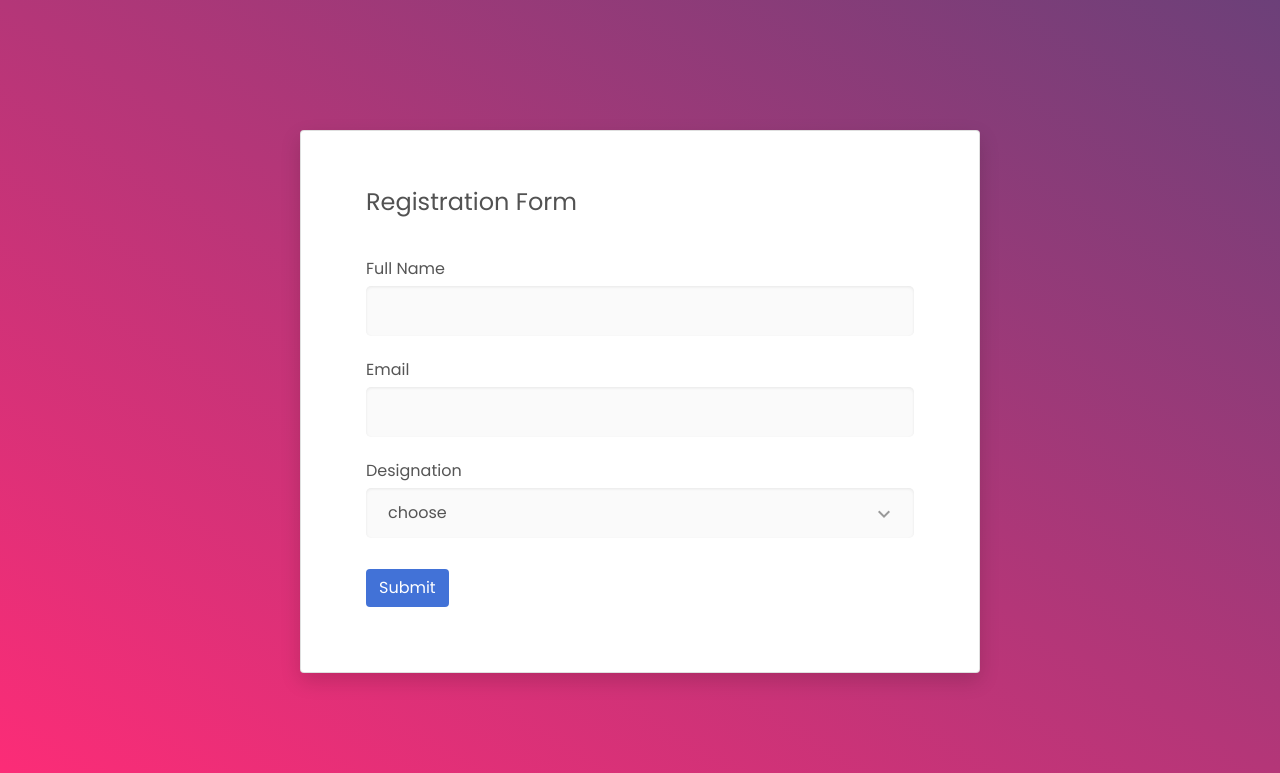
Repository: AbdulRehman0/registration
Page: http://localhost/registration.php
These files come from the project's save history. The page is drawn as it stood at one moment and after the next save; the edit follows.
The browser window is 1280 px wide. The pictures show the whole page.
The page is run by PHP 8.4 with error messages shown; the project is at /var/www/html/. Other server files are loaded and not shown.

Above is the page before, as saved 2021-01-05 15:40:48.

### registration.php
<?php
include "./templates/header.php";
?>
<body>
    <div class="page-wrapper bg-gra-02 p-t-130 p-b-100 font-poppins">
        <div class="wrapper wrapper--w680">
            <div class="card card-4">
                <div class="card-body">
                    <h2 class="title">Registration Form</h2>
                    <form method="POST">
                        <div class="row">

                            <div class="col-md-12">
                                <div class="input-group">
                                    <label class="label">Full Name</label>
                                    <input class="input--style-4" type="text" name="full name">
                                </div>
                            </div>
                        </div>

                        <div class="row row-space">
                            <div class="col-md-12">
                                <div class="input-group">
                                    <label class="label">Email</label>
                                    <input class="input--style-4" type="email" name="email">
                                </div>
                            </div>
                        </div>
                        <div class="row row-space">
                            <div class="col-md-12">
                                <div class="form-group">
                                    <label class="label">Designation</label>
                                    <div class="rs-select2 js-select-simple select--no-search">
                                        <select class="input--style-4" name="subject">
                                            <option disabled="disabled" selected="selected">choose</option>
                                            <option value="1">Admin</option>
                                            <option value="2">Editor</option>
                                        </select>
                                        <div class="select-dropdown"></div>
                                    </div>
                                </div>
                                </div>
                        </div>
                        <div class="p-t-15">
                            <button class="btn btn--radius-2 btn--blue" type="submit">Submit</button>
                        </div>
                    </form>
                </div>
            </div>
        </div>
    </div>

</body><!-- This templates was made by Colorlib (https://colorlib.com) -->

<?php
include "./templates/footer.php";
?>

### templates/header.php
<!DOCTYPE html>
<html lang="en">

<head>
    <!-- Required meta tags-->
    <meta charset="UTF-8">
    <meta name="viewport" content="width=device-width, initial-scale=1, shrink-to-fit=no">
    <meta name="description" content="Colorlib Templates">
    <meta name="author" content="Colorlib">
    <meta name="keywords" content="Colorlib Templates">

    <!-- Title Page-->
    <title>Au Register Forms by Colorlib</title>

    <!-- Icons font CSS-->
    <link href="vendor/mdi-font/css/material-design-iconic-font.min.css" rel="stylesheet" media="all">
    <link href="vendor/font-awesome-4.7/css/font-awesome.min.css" rel="stylesheet" media="all">
    <!-- Font special for pages-->
    <link href="https://fonts.googleapis.com/css?family=Poppins:100,100i,200,200i,300,300i,400,400i,500,500i,600,600i,700,700i,800,800i,900,900i" rel="stylesheet">

    <!-- Vendor CSS-->
    <link href="vendor/select2/select2.min.css" rel="stylesheet" media="all">
    <link href="vendor/datepicker/daterangepicker.css" rel="stylesheet" media="all">

    <!-- Main CSS-->
    <link href="./assets/css/app.css" rel="stylesheet" media="all">
    <link rel="stylesheet" href="https://maxcdn.bootstrapcdn.com/bootstrap/4.0.0/css/bootstrap.min.css" integrity="sha384-Gn5384xqQ1aoWXA+058RXPxPg6fy4IWvTNh0E263XmFcJlSAwiGgFAW/dAiS6JXm" crossorigin="anonymous">
</head>

### templates/footer.php

</html>
<!-- end document-->
<!-- Jquery JS-->
<script src="vendor/jquery/jquery.min.js"></script>
    <!-- Vendor JS-->
    <script src="vendor/select2/select2.min.js"></script>
    <script src="vendor/datepicker/moment.min.js"></script>
    <script src="vendor/datepicker/daterangepicker.js"></script>

    <!-- Main JS-->
    <script src="./assets/js/app.js"></script>

### assets/css/app.css

/* ==========================================================================
   #FONT
   ========================================================================== */
   .font-robo {
    font-family: "Roboto", "Arial", "Helvetica Neue", sans-serif;
  }

  .font-poppins {
    font-family: "Poppins", "Arial", "Helvetica Neue", sans-serif;
  }

  /* ==========================================================================
     #GRID
     ========================================================================== */
  .row {
    display: -webkit-box;
    display: -webkit-flex;
    display: -moz-box;
    display: -ms-flexbox;
    display: flex;
    -webkit-flex-wrap: wrap;
    -ms-flex-wrap: wrap;
    flex-wrap: wrap;
  }

  .row-space {
    -webkit-box-pack: justify;
    -webkit-justify-content: space-between;
    -moz-box-pack: justify;
    -ms-flex-pack: justify;
    justify-content: space-between;
  }

  .col-2 {
    width: -webkit-calc((100% - 30px) / 2);
    width: -moz-calc((100% - 30px) / 2);
    width: calc((100% - 30px) / 2);
  }

  @media (max-width: 767px) {
    .col-2 {
      width: 100%;
    }
  }

  /* ==========================================================================
     #BOX-SIZING
     ========================================================================== */
  /**
   * More sensible default box-sizing:
   * css-tricks.com/inheriting-box-sizing-probably-slightly-better-best-practice
   */
  html {
    -webkit-box-sizing: border-box;
    -moz-box-sizing: border-box;
    box-sizing: border-box;
  }

  * {
    padding: 0;
    margin: 0;
  }

  *, *:before, *:after {
    -webkit-box-sizing: inherit;
    -moz-box-sizing: inherit;
    box-sizing: inherit;
  }

  /* ==========================================================================
     #RESET
     ========================================================================== */
  /**
   * A very simple reset that sits on top of Normalize.css.
   */
  body,
  h1, h2, h3, h4, h5, h6,
  blockquote, p, pre,
  dl, dd, ol, ul,
  figure,
  hr,
  fieldset, legend {
    margin: 0;
    padding: 0;
  }

  /**
   * Remove trailing margins from nested lists.
   */
  li > ol,
  li > ul {
    margin-bottom: 0;
  }

  /**
   * Remove default table spacing.
   */
  table {
    border-collapse: collapse;
    border-spacing: 0;
  }

  /**
   * 1. Reset Chrome and Firefox behaviour which sets a `min-width: min-content;`
   *    on fieldsets.
   */
  fieldset {
    min-width: 0;
    /* [1] */
    border: 0;
  }

  button {
    outline: none;
    background: none;
    border: none;
  }

  /* ==========================================================================
     #PAGE WRAPPER
     ========================================================================== */
  .page-wrapper {
    min-height: 100vh;
  }

  body {
    font-family: "Poppins", "Arial", "Helvetica Neue", sans-serif;
    font-weight: 400;
    font-size: 14px;
  }

  h1, h2, h3, h4, h5, h6 {
    font-weight: 400;
  }

  h1 {
    font-size: 36px;
  }

  h2 {
    font-size: 30px;
  }

  h3 {
    font-size: 24px;
  }

  h4 {
    font-size: 18px;
  }

  h5 {
    font-size: 15px;
  }

  h6 {
    font-size: 13px;
  }

  /* ==========================================================================
     #BACKGROUND
     ========================================================================== */
  .bg-blue {
    background: #2c6ed5;
  }

  .bg-red {
    background: #fa4251;
  }

  .bg-gra-01 {
    background: -webkit-gradient(linear, left bottom, left top, from(#fbc2eb), to(#a18cd1));
    background: -webkit-linear-gradient(bottom, #fbc2eb 0%, #a18cd1 100%);
    background: -moz-linear-gradient(bottom, #fbc2eb 0%, #a18cd1 100%);
    background: -o-linear-gradient(bottom, #fbc2eb 0%, #a18cd1 100%);
    background: linear-gradient(to top, #fbc2eb 0%, #a18cd1 100%);
  }

  .bg-gra-02 {
    background: -webkit-gradient(linear, left bottom, right top, from(#fc2c77), to(#6c4079));
    background: -webkit-linear-gradient(bottom left, #fc2c77 0%, #6c4079 100%);
    background: -moz-linear-gradient(bottom left, #fc2c77 0%, #6c4079 100%);
    background: -o-linear-gradient(bottom left, #fc2c77 0%, #6c4079 100%);
    background: linear-gradient(to top right, #fc2c77 0%, #6c4079 100%);
  }

  /* ==========================================================================
     #SPACING
     ========================================================================== */
  .p-t-100 {
    padding-top: 100px;
  }

  .p-t-130 {
    padding-top: 130px;
  }

  .p-t-180 {
    padding-top: 180px;
  }

  .p-t-20 {
    padding-top: 20px;
  }

  .p-t-15 {
    padding-top: 15px;
  }

  .p-t-10 {
    padding-top: 10px;
  }

  .p-t-30 {
    padding-top: 30px;
  }

  .p-b-100 {
    padding-bottom: 100px;
  }

  .m-r-45 {
    margin-right: 45px;
  }

  /* ==========================================================================
     #WRAPPER
     ========================================================================== */
  .wrapper {
    margin: 0 auto;
  }

  .wrapper--w960 {
    max-width: 960px;
  }

  .wrapper--w780 {
    max-width: 780px;
  }

  .wrapper--w680 {
    max-width: 680px;
  }

  /* ==========================================================================
     #BUTTON
     ========================================================================== */
  .btn {
    display: inline-block;
    line-height: 50px;
    padding: 0 50px;
    -webkit-transition: all 0.4s ease;
    -o-transition: all 0.4s ease;
    -moz-transition: all 0.4s ease;
    transition: all 0.4s ease;
    cursor: pointer;
    font-size: 18px;
    color: #fff;
    font-family: "Poppins", "Arial", "Helvetica Neue", sans-serif;
  }

  .btn--radius {
    -webkit-border-radius: 3px;
    -moz-border-radius: 3px;
    border-radius: 3px;
  }

  .btn--radius-2 {
    -webkit-border-radius: 5px;
    -moz-border-radius: 5px;
    border-radius: 5px;
  }

  .btn--pill {
    -webkit-border-radius: 20px;
    -moz-border-radius: 20px;
    border-radius: 20px;
  }

  .btn--green {
    background: #57b846;
  }

  .btn--green:hover {
    background: #4dae3c;
  }

  .btn--blue {
    background: #4272d7;
  }

  .btn--blue:hover {
    background: #3868cd;
  }

  /* ==========================================================================
     #DATE PICKER
     ========================================================================== */
  td.active {
    background-color: #2c6ed5;
  }

  input[type="date" i] {
    padding: 14px;
  }

  .table-condensed td, .table-condensed th {
    font-size: 14px;
    font-family: "Roboto", "Arial", "Helvetica Neue", sans-serif;
    font-weight: 400;
  }

  .daterangepicker td {
    width: 40px;
    height: 30px;
  }

  .daterangepicker {
    border: none;
    -webkit-box-shadow: 0px 8px 20px 0px rgba(0, 0, 0, 0.15);
    -moz-box-shadow: 0px 8px 20px 0px rgba(0, 0, 0, 0.15);
    box-shadow: 0px 8px 20px 0px rgba(0, 0, 0, 0.15);
    display: none;
    border: 1px solid #e0e0e0;
    margin-top: 5px;
  }

  .daterangepicker::after, .daterangepicker::before {
    display: none;
  }

  .daterangepicker thead tr th {
    padding: 10px 0;
  }

  .daterangepicker .table-condensed th select {
    border: 1px solid #ccc;
    -webkit-border-radius: 3px;
    -moz-border-radius: 3px;
    border-radius: 3px;
    font-size: 14px;
    padding: 5px;
    outline: none;
  }

  /* ==========================================================================
     #FORM
     ========================================================================== */
  input {
    outline: none;
    margin: 0;
    border: none;
    -webkit-box-shadow: none;
    -moz-box-shadow: none;
    box-shadow: none;
    width: 100%;
    font-size: 14px;
    font-family: inherit;
  }

  .input--style-4 {
    line-height: 50px;
    background: #fafafa;
    -webkit-box-shadow: inset 0px 1px 3px 0px rgba(0, 0, 0, 0.08);
    -moz-box-shadow: inset 0px 1px 3px 0px rgba(0, 0, 0, 0.08);
    box-shadow: inset 0px 1px 3px 0px rgba(0, 0, 0, 0.08);
    -webkit-border-radius: 5px;
    -moz-border-radius: 5px;
    border-radius: 5px;
    padding: 0 20px;
    font-size: 16px;
    color: #666;
    -webkit-transition: all 0.4s ease;
    -o-transition: all 0.4s ease;
    -moz-transition: all 0.4s ease;
    transition: all 0.4s ease;
  }

  .input--style-4::-webkit-input-placeholder {
    /* WebKit, Blink, Edge */
    color: #666;
  }

  .input--style-4:-moz-placeholder {
    /* Mozilla Firefox 4 to 18 */
    color: #666;
    opacity: 1;
  }

  .input--style-4::-moz-placeholder {
    /* Mozilla Firefox 19+ */
    color: #666;
    opacity: 1;
  }

  .input--style-4:-ms-input-placeholder {
    /* Internet Explorer 10-11 */
    color: #666;
  }

  .input--style-4:-ms-input-placeholder {
    /* Microsoft Edge */
    color: #666;
  }

  .label {
    font-size: 16px;
    color: #555;
    text-transform: capitalize;
    display: block;
    margin-bottom: 5px;
  }

  .radio-container {
    display: inline-block;
    position: relative;
    padding-left: 30px;
    cursor: pointer;
    font-size: 16px;
    color: #666;
    -webkit-user-select: none;
    -moz-user-select: none;
    -ms-user-select: none;
    user-select: none;
  }

  .radio-container input {
    position: absolute;
    opacity: 0;
    cursor: pointer;
  }

  .radio-container input:checked ~ .checkmark {
    background-color: #e5e5e5;
  }

  .radio-container input:checked ~ .checkmark:after {
    display: block;
  }

  .radio-container .checkmark:after {
    top: 50%;
    left: 50%;
    -webkit-transform: translate(-50%, -50%);
    -moz-transform: translate(-50%, -50%);
    -ms-transform: translate(-50%, -50%);
    -o-transform: translate(-50%, -50%);
    transform: translate(-50%, -50%);
    width: 12px;
    height: 12px;
    -webkit-border-radius: 50%;
    -moz-border-radius: 50%;
    border-radius: 50%;
    background: #57b846;
  }

  .checkmark {
    position: absolute;
    top: 50%;
    -webkit-transform: translateY(-50%);
    -moz-transform: translateY(-50%);
    -ms-transform: translateY(-50%);
    -o-transform: translateY(-50%);
    transform: translateY(-50%);
    left: 0;
    height: 20px;
    width: 20px;
    background-color: #e5e5e5;
    -webkit-border-radius: 50%;
    -moz-border-radius: 50%;
    border-radius: 50%;
    -webkit-box-shadow: inset 0px 1px 3px 0px rgba(0, 0, 0, 0.08);
    -moz-box-shadow: inset 0px 1px 3px 0px rgba(0, 0, 0, 0.08);
    box-shadow: inset 0px 1px 3px 0px rgba(0, 0, 0, 0.08);
  }

  .checkmark:after {
    content: "";
    position: absolute;
    display: none;
  }

  .input-group {
    position: relative;
    margin-bottom: 22px;
  }

  .input-group-icon {
    position: relative;
  }

  .input-icon {
    position: absolute;
    font-size: 18px;
    color: #999;
    right: 18px;
    top: 50%;
    -webkit-transform: translateY(-50%);
    -moz-transform: translateY(-50%);
    -ms-transform: translateY(-50%);
    -o-transform: translateY(-50%);
    transform: translateY(-50%);
    cursor: pointer;
  }

  /* ==========================================================================
     #SELECT2
     ========================================================================== */
  .select--no-search .select2-search {
    display: none !important;
  }

  .rs-select2 .select2-container {
    width: 100% !important;
    outline: none;
    background: #fafafa;
    -webkit-box-shadow: inset 0px 1px 3px 0px rgba(0, 0, 0, 0.08);
    -moz-box-shadow: inset 0px 1px 3px 0px rgba(0, 0, 0, 0.08);
    box-shadow: inset 0px 1px 3px 0px rgba(0, 0, 0, 0.08);
    -webkit-border-radius: 5px;
    -moz-border-radius: 5px;
    border-radius: 5px;
  }

  .rs-select2 .select2-container .select2-selection--single {
    outline: none;
    border: none;
    height: 50px;
    background: transparent;
  }

  .rs-select2 .select2-container .select2-selection--single .select2-selection__rendered {
    line-height: 50px;
    padding-left: 0;
    color: #555;
    font-size: 16px;
    font-family: inherit;
    padding-left: 22px;
    padding-right: 50px;
  }

  .rs-select2 .select2-container .select2-selection--single .select2-selection__arrow {
    height: 50px;
    right: 20px;
    display: -webkit-box;
    display: -webkit-flex;
    display: -moz-box;
    display: -ms-flexbox;
    display: flex;
    -webkit-box-pack: center;
    -webkit-justify-content: center;
    -moz-box-pack: center;
    -ms-flex-pack: center;
    justify-content: center;
    -webkit-box-align: center;
    -webkit-align-items: center;
    -moz-box-align: center;
    -ms-flex-align: center;
    align-items: center;
  }

  .rs-select2 .select2-container .select2-selection--single .select2-selection__arrow b {
    display: none;
  }

  .rs-select2 .select2-container .select2-selection--single .select2-selection__arrow:after {
    font-family: "Material-Design-Iconic-Font";
    content: '\f2f9';
    font-size: 24px;
    color: #999;
    -webkit-transition: all 0.4s ease;
    -o-transition: all 0.4s ease;
    -moz-transition: all 0.4s ease;
    transition: all 0.4s ease;
  }

  .rs-select2 .select2-container.select2-container--open .select2-selection--single .select2-selection__arrow::after {
    -webkit-transform: rotate(-180deg);
    -moz-transform: rotate(-180deg);
    -ms-transform: rotate(-180deg);
    -o-transform: rotate(-180deg);
    transform: rotate(-180deg);
  }

  .select2-container--open .select2-dropdown--below {
    border: none;
    -webkit-border-radius: 3px;
    -moz-border-radius: 3px;
    border-radius: 3px;
    -webkit-box-shadow: 0px 8px 20px 0px rgba(0, 0, 0, 0.15);
    -moz-box-shadow: 0px 8px 20px 0px rgba(0, 0, 0, 0.15);
    box-shadow: 0px 8px 20px 0px rgba(0, 0, 0, 0.15);
    border: 1px solid #e0e0e0;
    margin-top: 5px;
    overflow: hidden;
  }

  .select2-container--default .select2-results__option {
    padding-left: 22px;
  }

  /* ==========================================================================
     #TITLE
     ========================================================================== */
  .title {
    font-size: 24px;
    color: #525252;
    font-weight: 400;
    margin-bottom: 40px;
  }

  /* ==========================================================================
     #CARD
     ========================================================================== */
  .card {
    -webkit-border-radius: 3px;
    -moz-border-radius: 3px;
    border-radius: 3px;
    background: #fff;
  }

  .card-4 {
    background: #fff;
    -webkit-border-radius: 10px;
    -moz-border-radius: 10px;
    border-radius: 10px;
    -webkit-box-shadow: 0px 8px 20px 0px rgba(0, 0, 0, 0.15);
    -moz-box-shadow: 0px 8px 20px 0px rgba(0, 0, 0, 0.15);
    box-shadow: 0px 8px 20px 0px rgba(0, 0, 0, 0.15);
  }

  .card-4 .card-body {
    padding: 57px 65px;
    padding-bottom: 65px;
  }

  @media (max-width: 767px) {
    .card-4 .card-body {
      padding: 50px 40px;
    }
  }

### assets/js/app.js
(function ($) {
  'use strict';
  /*==================================================================
      [ Daterangepicker ]*/
  try {
      $('.js-datepicker').daterangepicker({
          "singleDatePicker": true,
          "showDropdowns": true,
          "autoUpdateInput": false,
          locale: {
              format: 'DD/MM/YYYY'
          },
      });

      var myCalendar = $('.js-datepicker');
      var isClick = 0;

      $(window).on('click',function(){
          isClick = 0;
      });

      $(myCalendar).on('apply.daterangepicker',function(ev, picker){
          isClick = 0;
          $(this).val(picker.startDate.format('DD/MM/YYYY'));

      });

      $('.js-btn-calendar').on('click',function(e){
          e.stopPropagation();

          if(isClick === 1) isClick = 0;
          else if(isClick === 0) isClick = 1;

          if (isClick === 1) {
              myCalendar.focus();
          }
      });

      $(myCalendar).on('click',function(e){
          e.stopPropagation();
          isClick = 1;
      });

      $('.daterangepicker').on('click',function(e){
          e.stopPropagation();
      });


  } catch(er) {console.log(er);}
  /*[ Select 2 Config ]
      ===========================================================*/

  try {
      var selectSimple = $('.js-select-simple');

      selectSimple.each(function () {
          var that = $(this);
          var selectBox = that.find('select');
          var selectDropdown = that.find('.select-dropdown');
          selectBox.select2({
              dropdownParent: selectDropdown
          });
      });

  } catch (err) {
      console.log(err);
  }


})(jQuery);

After the next save:
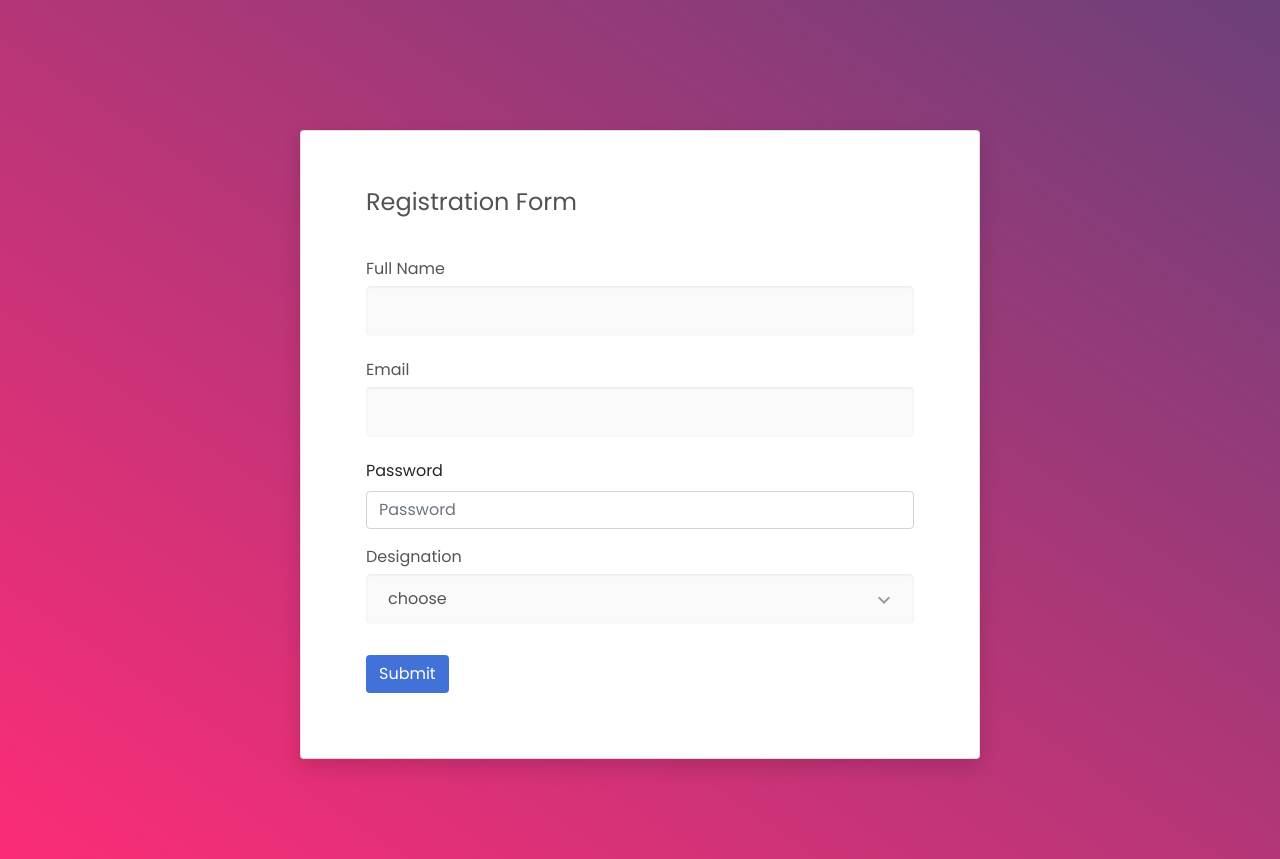
Saved 2 min 3 s later.
--- a/registration.php
+++ b/registration.php
@@ -29,6 +29,15 @@ include "./templates/header.php";
                         <div class="row row-space">
                             <div class="col-md-12">
                                 <div class="form-group">
+                                    <label for="exampleInputPassword1">Password</label>
+                                    <input type="password" class="form-control" id="exampleInputPassword1" placeholder="Password">
+                                </div>
+                            </div>
+                        </div>
+
+                        <div class="row row-space">
+                            <div class="col-md-12">
+                                <div class="form-group">
                                     <label class="label">Designation</label>
                                     <div class="rs-select2 js-select-simple select--no-search">
                                         <select class="input--style-4" name="subject">
